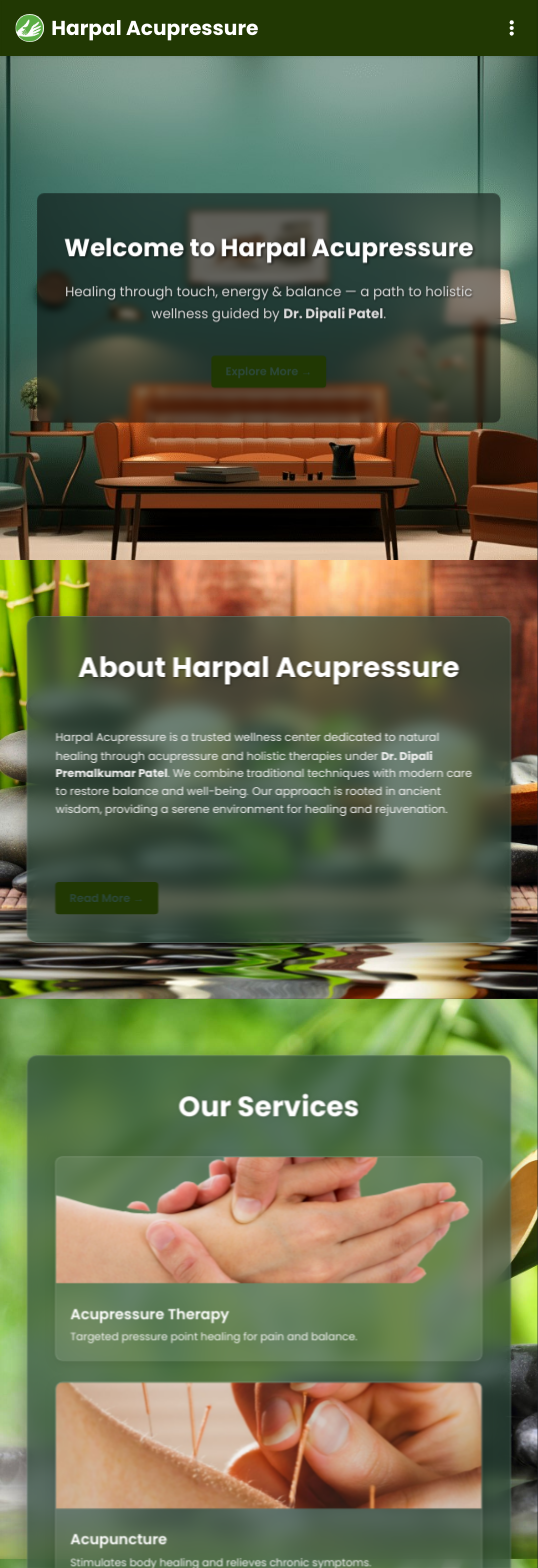
Repository: swasthiik/my-websites
Page: index.html
The author's editor kept a copy of each file at every save. The page is drawn from the files as they stood at one save, then again after the next save.
The browser window is 768 px wide. The pictures show the part of the page from y = 0 to 2240 px (the page is 7417 px tall before and 5940 px after), at 70% of full size.
Backgrounds fixed to the window are drawn as part of the page.

Above is the page before, as saved 2025-10-30 23:50:31.

After the next save:
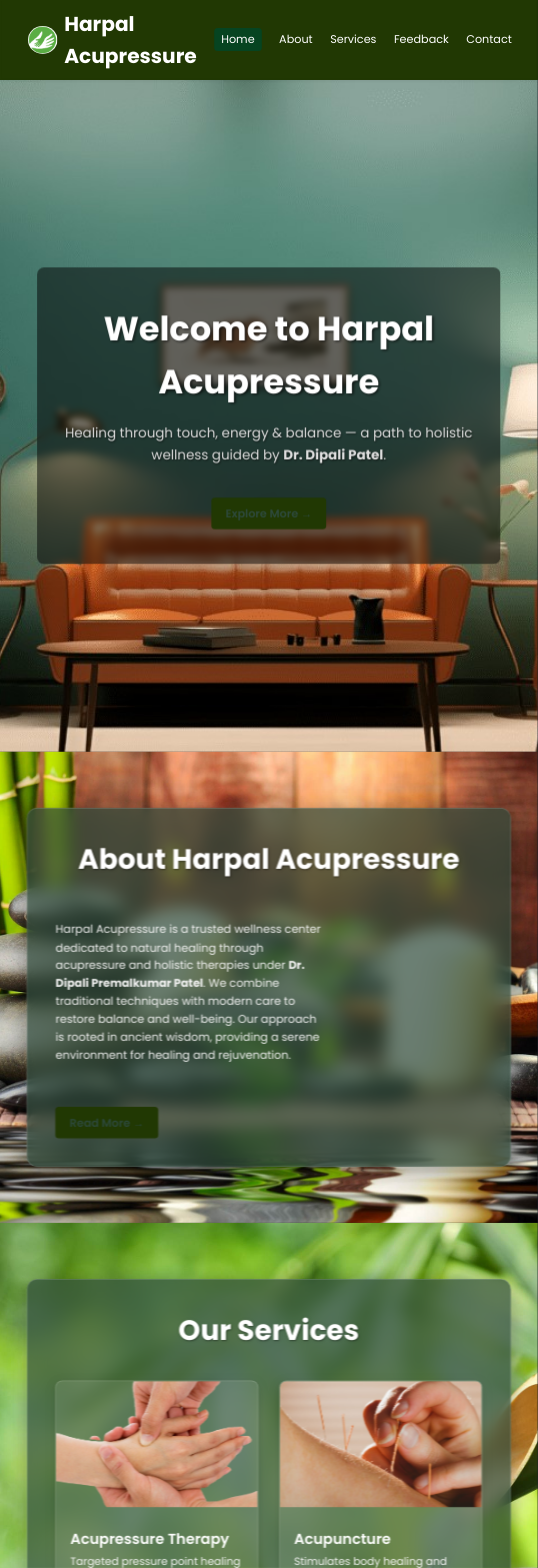
Saved 42 min 58 s later.
--- a/style.css
+++ b/style.css
@@ -9,6 +9,9 @@
     --card-bg-dark-overlay: rgba(46, 74, 61, 0.7); /* Specific glass card bg for sections */
     --border-dark: rgba(255, 255, 255, 0.18);
     --shadow-dark: rgba(0, 0, 0, 0.37);
+    /* Added for consistent base styling on contact page without needing to override everything in contact.css */
+    --header-height: 80px; /* Define header height for calc functions */
+    --footer-height: 60px; /* Define footer height for calc functions */
 }
 
 body {
@@ -74,12 +77,20 @@ header {
   /* backdrop-filter removed if solid header is desired, as it's less impactful */
   /* backdrop-filter: blur(5px); */
   border: 2px solid var(--primary-color); /* Applied primary color border */
+  height: var(--header-height); /* Set a fixed height */
 }
 
 .logo-area {
   display: flex;
   align-items: center;
 }
+/* Ensure logo area link doesn't stretch and applies styles correctly */
+.logo-area a {
+    display: flex;
+    align-items: center;
+    color: inherit; /* Inherit color from header */
+}
+
 
 .logo-area .logo {
   height: 40px;
@@ -124,6 +135,19 @@ header {
   /* Retained primary color for hover/active */
   color: var(--primary-color); /* Hover/active color */
 }
+/* Specific hover/active for header links to make them stand out on a dark background */
+header .nav-menu a:hover,
+header .nav-menu a.active {
+    color: #ffffff; /* Text color remains white */
+    background-color: var(--secondary-color); /* Add a subtle background highlight */
+    padding: 5px 10px;
+    border-radius: 5px;
+}
+header .nav-menu a:hover::after,
+header .nav-menu a.active::after {
+    display: none; /* Hide the underline if a background is used */
+}
+
 
 .nav-menu a::after {
   content: '';
@@ -509,78 +533,7 @@ footer {
   text-align: center;
   padding: 20px 5%;
   font-size: 0.9em;
-}
-
-/* Responsive Adjustments */
-@media (max-width: 992px) {
-  .about-content-grid {
-    grid-template-columns: 1fr;
-  }
-}
-
-@media (max-width: 768px) {
-  header {
-    flex-direction: row;
-    justify-content: space-between;
-    padding: 15px 20px;
-  }
-
-  .logo-area {
-    margin-bottom: 0;
-  }
-
-  .mobile-menu-button {
-    display: flex;
-  }
-
-  .nav-menu {
-    display: none;
-    position: absolute;
-    top: 70px;
-    left: 0;
-    width: 100%;
-    background-color: var(--secondary-color); /* Changed mobile menu background to secondary */
-    box-shadow: 0 4px 6px rgba(0,0,0,0.1);
-  }
-
-  .nav-menu.active {
-    display: block;
-  }
-
-  .nav-menu ul {
-    flex-direction: column;
-    width: 100%;
-    align-items: center;
-    padding: 20px 0;
-  }
-
-  .nav-menu li {
-    margin-left: 0;
-    margin-bottom: 20px;
-  }
-
-  .nav-menu li:last-child {
-      margin-bottom: 0;
-  }
-
-  #hero {
-    height: 70vh;
-  }
-
-  #hero h1 {
-    font-size: 2.2em;
-  }
-
-  .section-card {
-    padding: 30px 20px;
-  }
-
-  .services-grid, .feedback-grid, #contact-card .inner {
-    grid-template-columns: 1fr;
-  }
-
-  .btn-area {
-    flex-direction: column;
-    align-items: center;
-  }
-}
+  height: var(--footer-height); /* Set a fixed height */
+  display: flex; /* Use flex to vertically center content if needed */
+  align-items: center;
+  justify
